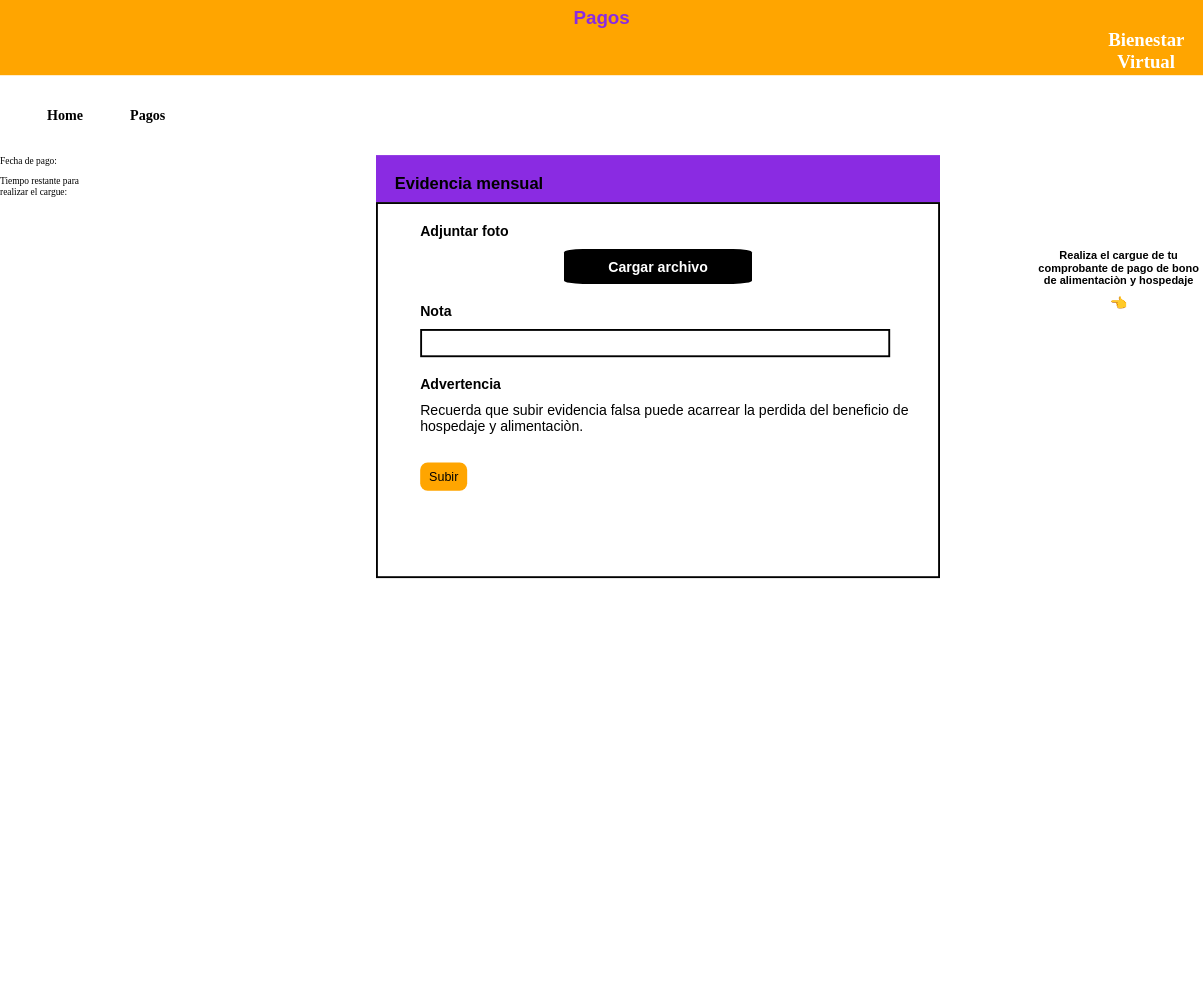
Repository: Diani123/Mis-actividades
Page: softwarebienestarinstitucional/pagos.html
The author's editor kept a copy of each file at every save. The page is drawn from the files as they stood at one save, then again after the next save.
The browser window is 1280 px wide. The pictures show the whole page, at 94% of full size.

Above is the page before, as saved 2023-02-12 20:44:38.

### softwarebienestarinstitucional/pagos.html
<!DOCTYPE html>
<html lang="en">
  <head>
    <meta charset="UTF-8" />
    <meta http-equiv="X-UA-Compatible" content="IE=edge" />
    <meta name="viewport" content="width=device-width, initial-scale=1.0" />
    <link rel="stylesheet" href="./pagos.css" />
    <title>Document</title>
  </head>
  <body>
    <header>
      <div class="Encabezado">
        <h2 class="title1">Pagos</h2>
        <h2 class="title2">Bienestar</h2>
        <h2 class="title3">Virtual</h2>
      </div>
    </header>
    <div class="Items">
      <a href="./home.html" class="item"><h2 class="item-title">Home</h2></a>
      <a href="./pagos.html" class="item"><h2 class="item-title">Pagos</h2></a>
    </div>
    <div class="ContainerT">
      <div class="contenedor0">
        <span>Fecha de pago:</span><br><br>
        <span>Tiempo restante para realizar el cargue:</span>
      </div>

      <div class="contenedor1">
      <div class="ContainerTitle">
        <h3 class="title4">Evidencia mensual</h3>
      </div>
      <div class="Container-dowload">
        <form
          action="../../form-result.php"
          method="post"
          enctype="multipart/form-data"
          target="_blank"
        >
          <p class="textt">Adjuntar foto</p>
          <br />

          <div class="custom-input-file col-md-6 col-sm-6 col-xs-6">
            <input
              type="file"
              id="fichero-tarifas"
              class="input-file"
              value=""
            />
            Cargar archivo
          </div>

          <p class="textt">Nota</p>
          <br />
          <section class="Section-nota">
            <input class="input3" type="text" name="" id="" />
          </section>
          <p class="textt">Advertencia</p>
          <br />
          <h2 class="advertencia">
            Recuerda que subir evidencia falsa puede acarrear la perdida del
            beneficio de hospedaje y alimentaciòn.
          </h2>
          <button class="boton">Subir</button>
        </form>
      </div>
      </div>
      <div class="contenedor2">
        <h3>Realiza el cargue de tu comprobante de pago de bono de alimentaciòn y hospedaje</h3>
        <h2 class="text-contenedor2">👈</h2>
      </div>
    </div>

  </body>
</html>

### softwarebienestarinstitucional/pagos.css
* {
  margin: 0;
  padding: 0;
  box-sizing: border-box;
}
html {
  font-size: 62.5%;
}
html,
body {
  min-height: 100%;
}
.Encabezado {
  display: flex;
  flex-direction: column;
  width: 100%;
  height: 80px;
  background-color: orange;
}
.Items {
  display: flex;
  flex-direction: row;
  text-align: left;
  height: 50px;
  margin-top: 15px;
  margin-bottom: 20px;
}
.title1 {
  padding-top: 8px;
  text-align: center;
  font-size: 2rem;
  font-family: Arial, Helvetica, sans-serif;
  color: blueviolet;
}
.title2 {
  text-align: end;
  margin-right: 20px;
  font-size: 2rem;
  color: white;
}
.title3 {
  text-align: end;
  margin-right: 30px;
  font-size: 2rem;
  color: white;
  padding-top: px;
}
.item-title {
  padding-top: 20px;
  padding-left: 50px;
  color: black;
}
.item {
  text-decoration: none;
}
.item:hover {
  border-bottom: solid 2px orange;
  border-width: 2px;
}

.ContainerTitle {
  margin-left: 300px;
  height: 50px;
  width: 600px;
  background-color: blueviolet;
  padding-left: 20px;
  padding-top: 20px;
  font-size: 1.5rem;
  font-family: Arial, Helvetica, sans-serif;
}
.Container-dowload {
  margin-left: 300px;
  width: 600px;
  height: 400px;
  border: solid 2px black;
}
.ContainerT {
  display: grid;
  grid-template-columns: repeat(3, 1fr);
  grid-template-rows: repeat(2, 1fr);
  grid-column-gap: 0px;
  grid-row-gap: 0px;
}

.textt {
  margin-top: 20px;
  margin-left: 45px;
  font-size: 1.5rem;
  font-weight: 700;
  font-family: Arial, Helvetica, sans-serif;
}
.section1 {
  width: 500px;
  height: 80px;
  margin-left: 45px;
  border: solid 2px black;
  justify-content: center;
  align-items: center;
}

.input3 {
  width: 500px;
  height: 30px;
  margin-left: 45px;
  border: solid 2px black;
}
.advertencia {
  margin-left: 45px;
  font-weight: 100;
  font-family: Arial, Helvetica, sans-serif;
}
.boton {
  margin-top: 30px;
  margin-left: 45px;
  width: 50px;
  height: 30px;
  background-color: orange;
  border-radius: 8px;
  border: none;
  cursor: pointer;
}
.boton:hover {
  box-shadow: 0 0 20px blueviolet;
}
.custom-input-file {
  background-color: black;
  color: #fff;
  cursor: pointer;
  font-size: 1.5rem;
  font-weight: bold;
  margin: 0 auto 0;
  min-height: 15px;
  overflow: hidden;
  padding: 10px;
  position: relative;
  text-align: center;
  width: 200px;
  border-radius: 10%;
  font-family: Arial, Helvetica, sans-serif;
}

.custom-input-file .input-file {
  border: 10000px solid transparent;
  cursor: pointer;
  font-size: 10000px;
  margin: 0;
  opacity: 0;
  outline: 0 none;
  padding: 0;
  position: absolute;
  right: -1000px;
  top: -1000px;
}
.contenedor0{
  margin
}
.contenedor2{
  margin-left: 80px;
  margin-top: 100px;
  width: 200px;
  height: 50px;
  padding-left: 20px;
  text-align: center;
  font-family: Arial, Helvetica, sans-serif;
  border-radius: solid 2px orange;
}
.text-contenedor2{
  margin-top: 10px;
}

After the next save:
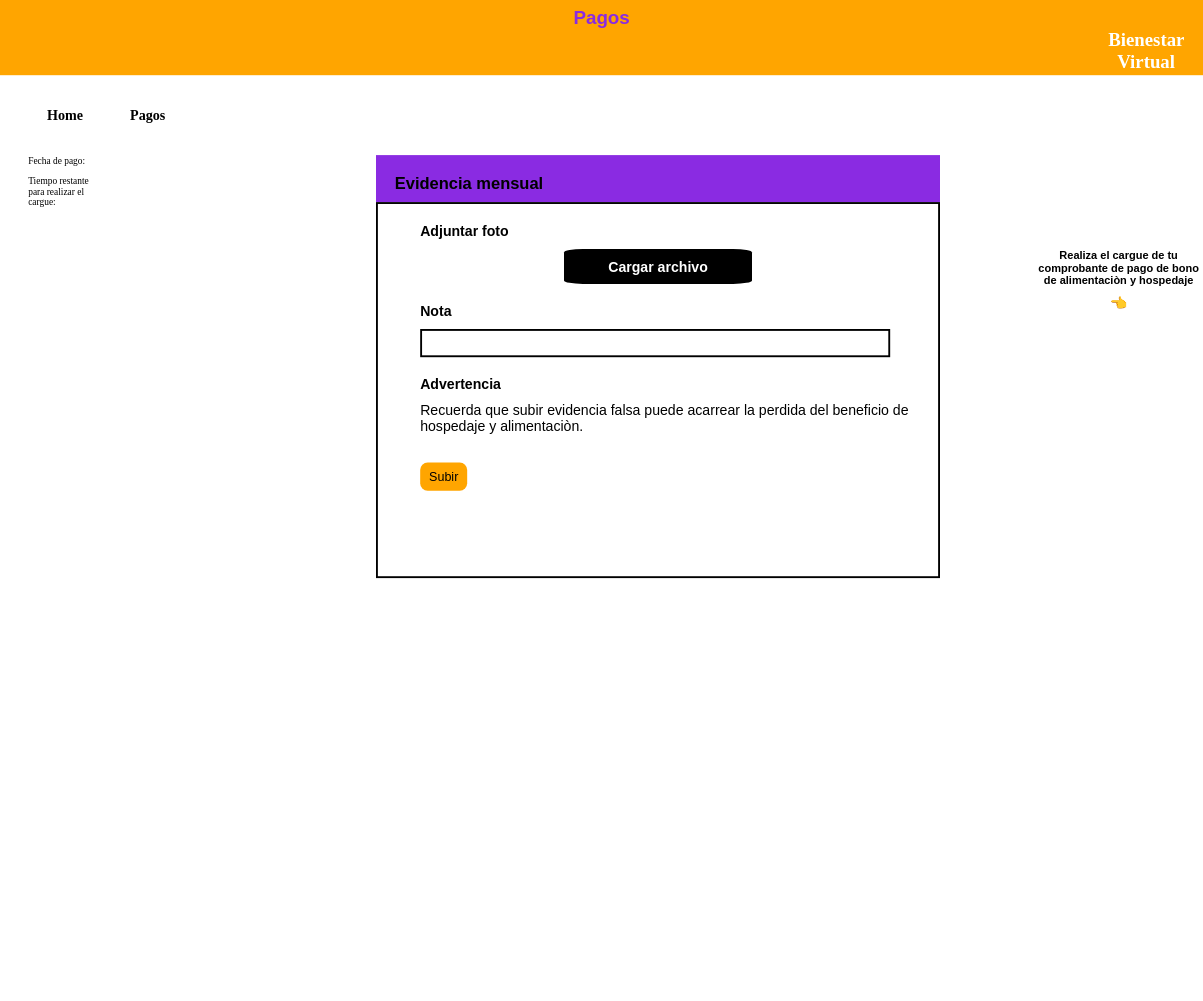
Saved 4 s later.
--- a/softwarebienestarinstitucional/pagos.css
+++ b/softwarebienestarinstitucional/pagos.css
@@ -152,7 +152,7 @@ body {
   top: -1000px;
 }
 .contenedor0{
-  margin
+  margin-left: 30px;
 }
 .contenedor2{
   margin-left: 80px;
